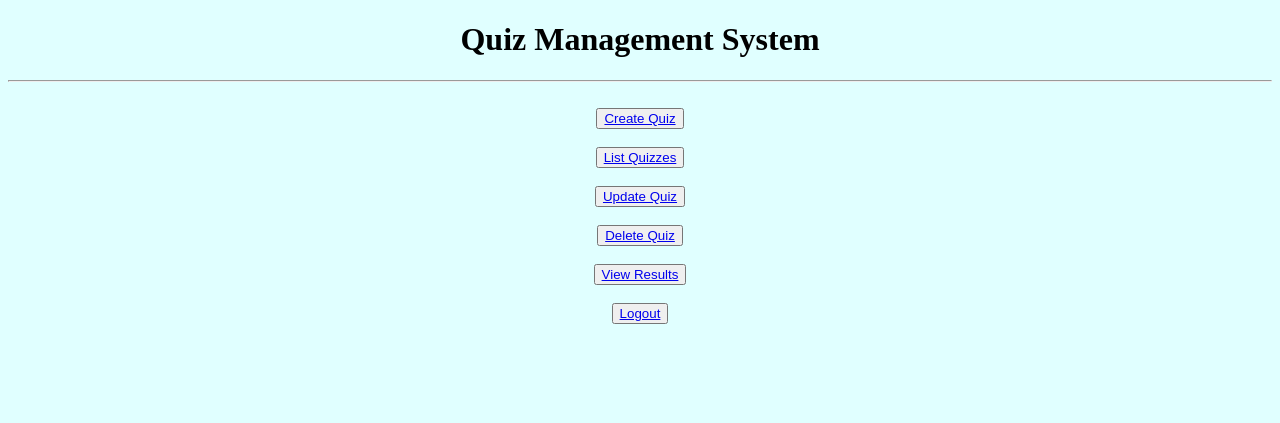
Repository: Rohitsenpai01/Quiz-Manangement-System
Page: http://localhost/WebQuizApp/admin.jsp
The author's editor kept a copy of each file at every save. The page is drawn from the files as they stood at one save, then again after the next save.
The browser window is 1280 px wide. The pictures show the whole page.
The page is served by Tomcat 9.

Above is the page before, as saved 2025-12-29 14:03:26.

After the next save:
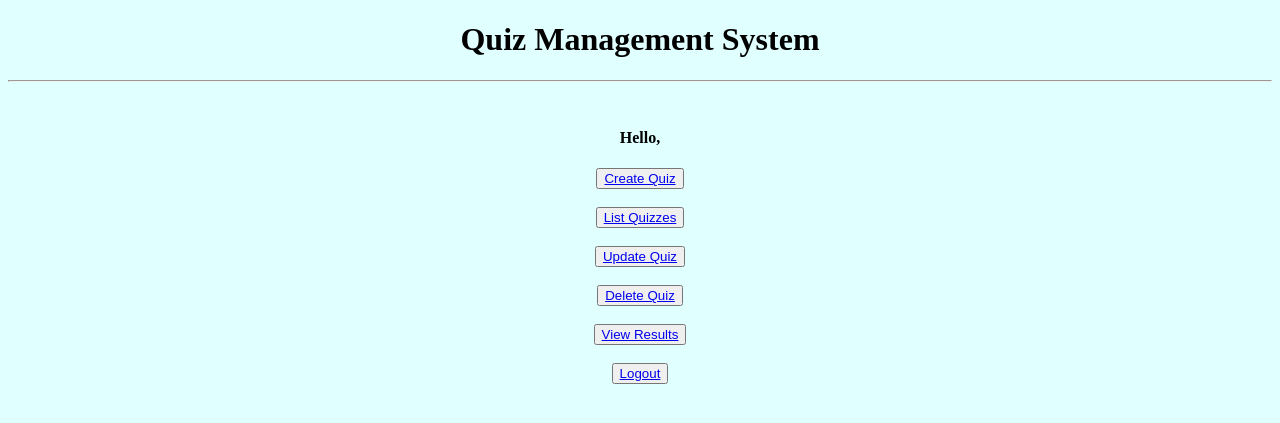
Saved 43 s later.
--- a/WebQuizApp/WebQuizApp/src/main/webapp/admin.jsp
+++ b/WebQuizApp/WebQuizApp/src/main/webapp/admin.jsp
@@ -11,6 +11,7 @@
 	<h1 style="text-align: center;">${initParam.appTitle}</h1><hr><br>
 	<jsp:useBean id="lp" class="com.app.beans.LoginBean" scope="session"/>
 	<div style="text-align: center;">
+	<h4>Hello,${lp.user.name}</h4>
 		<button><a href="createquiz.jsp">Create Quiz</a></button><br><br>
 		<button><a href="listquizzes.jsp">List Quizzes</a></button><br><br>
 		<button><a href="updatequiz.jsp">Update Quiz</a></button><br><br>
